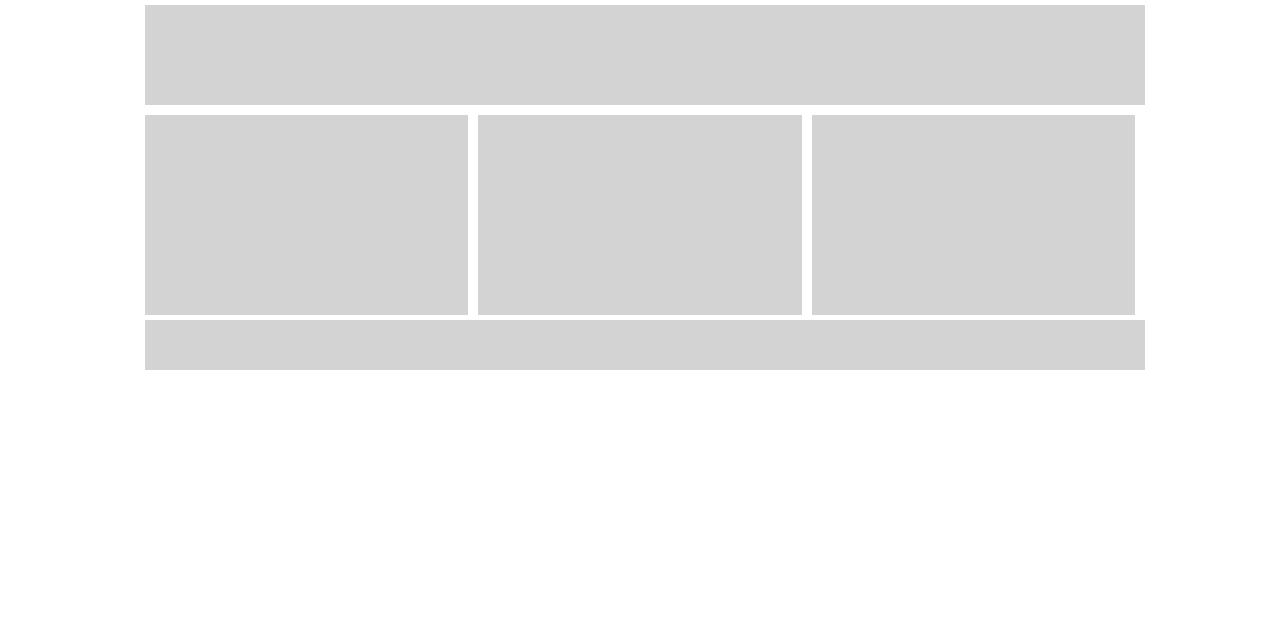
Repository: onopriienkoalina/onopriienkoalina.github.io
Page: dz9_containers/index.html
The author's editor kept a copy of each file at every save. The page is drawn from the files as they stood at one save, then again after a run of saves.
The browser window is 1280 px wide. The pictures show the whole page.
The style sheet was rebuilt from its Sass, Less or Tailwind sources for each picture, by a compiler version that may differ from the author's.

Above is the page before, as saved 2021-12-01 18:30:50.

### dz9_containers/index.html
<!DOCTYPE html>
<html lang="en">
<head>
    <meta charset="UTF-8">
    <meta http-equiv="X-UA-Compatible" content="IE=edge">
    <meta name="viewport" content="width=device-width, initial-scale=1.0">
    <title>Document</title>
    <link href="reset.css" rel="stylesheet">
    <link href="css/style.css" rel="stylesheet">
</head>
<body>
    <div class="block1">
<div class="header"></div>
<div class="section1"></div>
<div class="section2"></div>
<div class="section3"></div>
<div class="footer"></div>
</div>
</body>
</html>

### dz9_containers/style.scss

.section1{
 float: left;
 width: 32.33%;
 height: 200px;
 margin: 5px;
 background-color: #D3D3D3;
}
.section2{
    float: left;
    width: 32.33%;
    height: 200px;
    margin: 5px;
    background-color: #D3D3D3;
}
.section3{
    float: left;
    width: 32.33%;
    height: 200px;
    margin: 5px;
    background-color: #D3D3D3;
}
.header {
    clear: left;
    width: 100%;
    height: 100px;
    margin: 5px;
    background-color: #D3D3D3;
}
.footer {
    clear: left;
    width: 100%;
    height: 50px;
    margin: 5px;
    background-color: #D3D3D3;
}
.block1 {
    width: 1000px;
    margin: auto;
}

Loaded but not shown: dz9_containers/reset.css (common file)

After the next 2 saves:
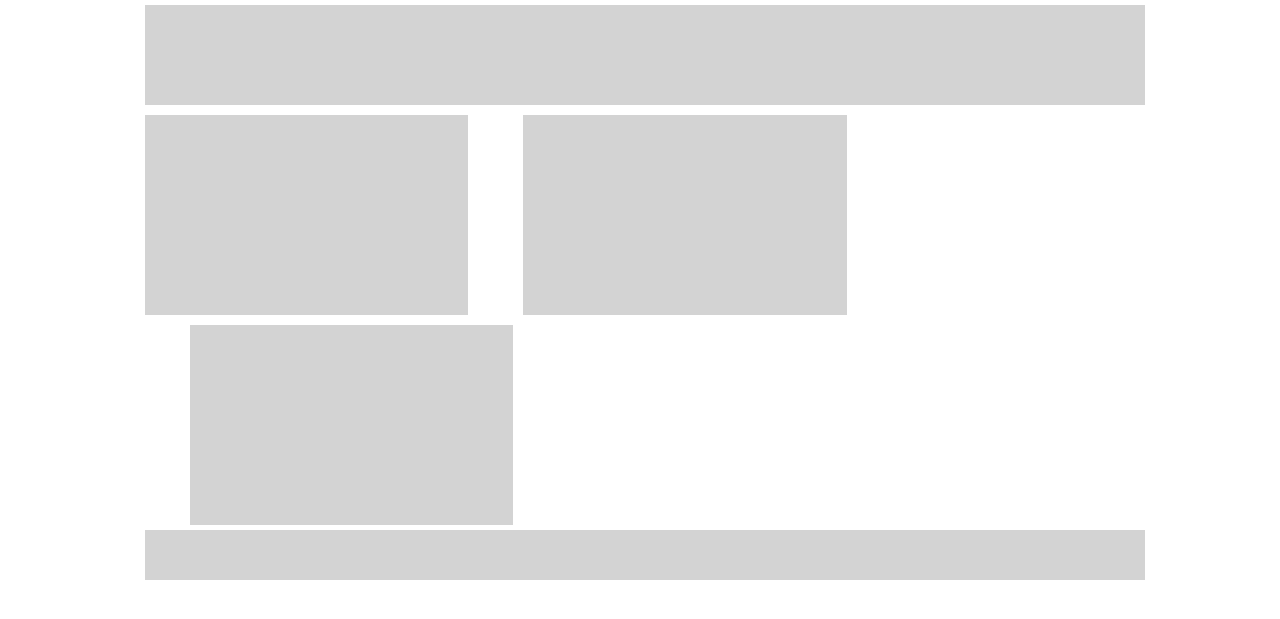
The 2 saves are shown as one change because they came seconds apart.
The last was saved 8 s later.
--- a/dz9_containers/style.scss
+++ b/dz9_containers/style.scss
@@ -11,6 +11,7 @@
     width: 32.33%;
     height: 200px;
     margin: 5px;
+    margin-left: 5%;
     background-color: #D3D3D3;
 }
 .section3{
@@ -18,6 +19,7 @@
     width: 32.33%;
     height: 200px;
     margin: 5px;
+    margin-left: 5%;
     background-color: #D3D3D3;
 }
 .header {
